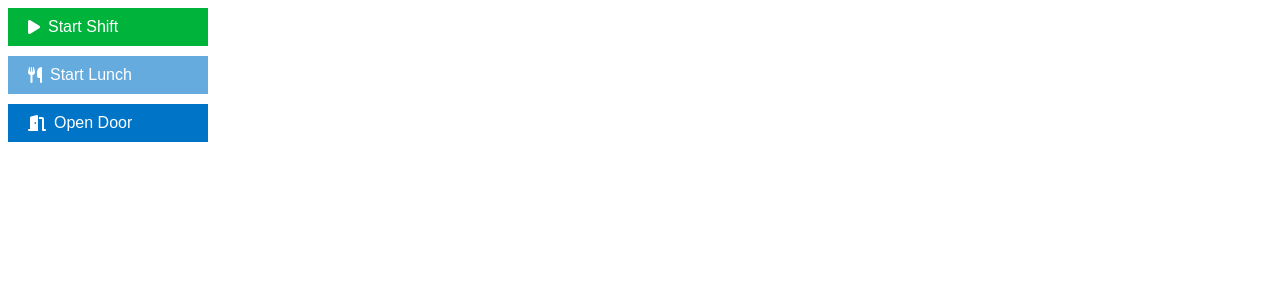
Repository: Philip-Rogers/button-state
Page: experiment.html
An editor plug-in stored every save of this project. The page is shown before and after the next save, followed by the edit.
The browser window is 1280 px wide. The pictures show the whole page.

Above is the page before, as saved 2024-08-14 16:15:12.

After the next save:
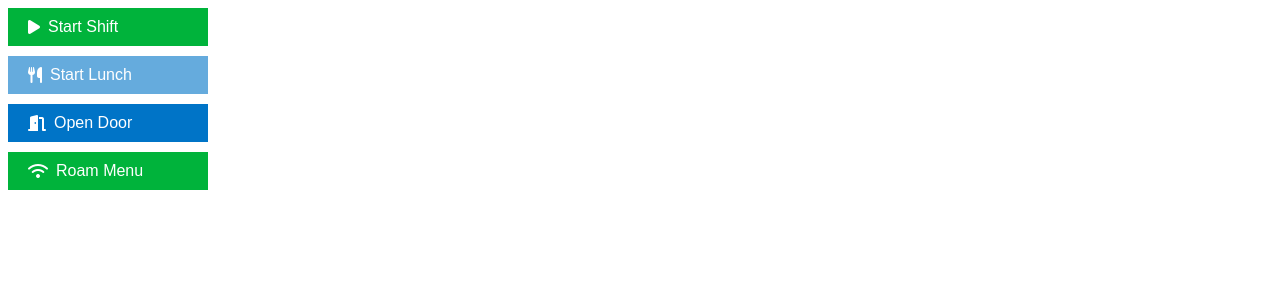
Saved 3 min 34 s later.
--- a/experiment.html
+++ b/experiment.html
@@ -29,12 +29,18 @@
         <button id="openDoorButton" class="toggle-button" onclick="toggleOpenDoor()">
             <i class="fa fa-door-open"></i> Open Door
         </button>
+
+        <!-- Roaming Options Button -->
+        <button id="roamingOptionsButton" class="toggle-button" onclick="toggleRoamingOptions()">
+            <i class="fa fa-wifi"></i> Roam Menu
+        </button>
     </div>
 
     <script>
         let shiftState = 'start'; // Tracks the state of the Shift button
         let lunchState = 'start'; // Tracks the state of the Lunch button
         let doorState = 'closed'; // Tracks the state of the Open Door button
+        let roamingState = 'off'; // Tracks the state of the Roaming Options button
 
         // Function to toggle the Shift button text and color
         function toggleShift() {
@@ -56,8 +62,9 @@
                 lunchButton.style.backgroundColor = 'hsl(205, 100%, 39%)'; // Reset Lunch button color
                 lunchState = 'start'; // Reset Lunch button state
 
-                // Reset Open Door button
+                // Reset Open Door and Roaming Options buttons
                 resetOpenDoor();
+                resetRoamingOptions();
             }
         }
 
@@ -72,7 +79,7 @@
 
                 if (shiftState === 'stop') {
                     shiftButton.style.backgroundColor =
-                    'hsl(354, 70%, 44%)'; // Darkened red for Stop Shift when disabled
+                        'hsl(354, 70%, 44%)'; // Darkened red for Stop Shift when disabled
                     shiftButton.disabled = true; // Disable the Stop Shift button
                 }
 
@@ -104,6 +111,19 @@
             }
         }
 
+        // Function to toggle the Roaming Options button text and color
+        function toggleRoamingOptions() {
+            const roamingOptionsButton = document.getElementById('roamingOptionsButton');
+
+            if (roamingState === 'off') {
+                roamingOptionsButton.innerHTML = '<i class="fa fa-wifi-slash"></i> Disable Roaming';
+                roamingOptionsButton.style.backgroundColor = 'hsl(354, 70%, 54%)'; // Red for Roaming Enabled
+                roamingState = 'on';
+            } else {
+                resetRoamingOptions();
+            }
+        }
+
         // Function to reset the Open Door button to its default state
         function resetOpenDoor() {
             const openDoorButton = document.getElementById('openDoorButton');
@@ -111,6 +131,14 @@
             openDoorButton.style.backgroundColor = 'hsl(205, 100%, 39%)'; // Blue for Door Closed
             doorState = 'closed';
         }
+
+        // Function to reset the Roaming Options button to its default state
+        function resetRoamingOptions() {
+            const roamingOptionsButton = document.getElementById('roamingOptionsButton');
+            roamingOptionsButton.innerHTML = '<i class="fa fa-wifi"></i> Roaming Options';
+            roamingOptionsButton.style.backgroundColor = 'hsl(205, 100%, 39%)'; // Blue for Roaming Disabled
+            roamingState = 'off';
+        }
     </script>
 
 </body>
